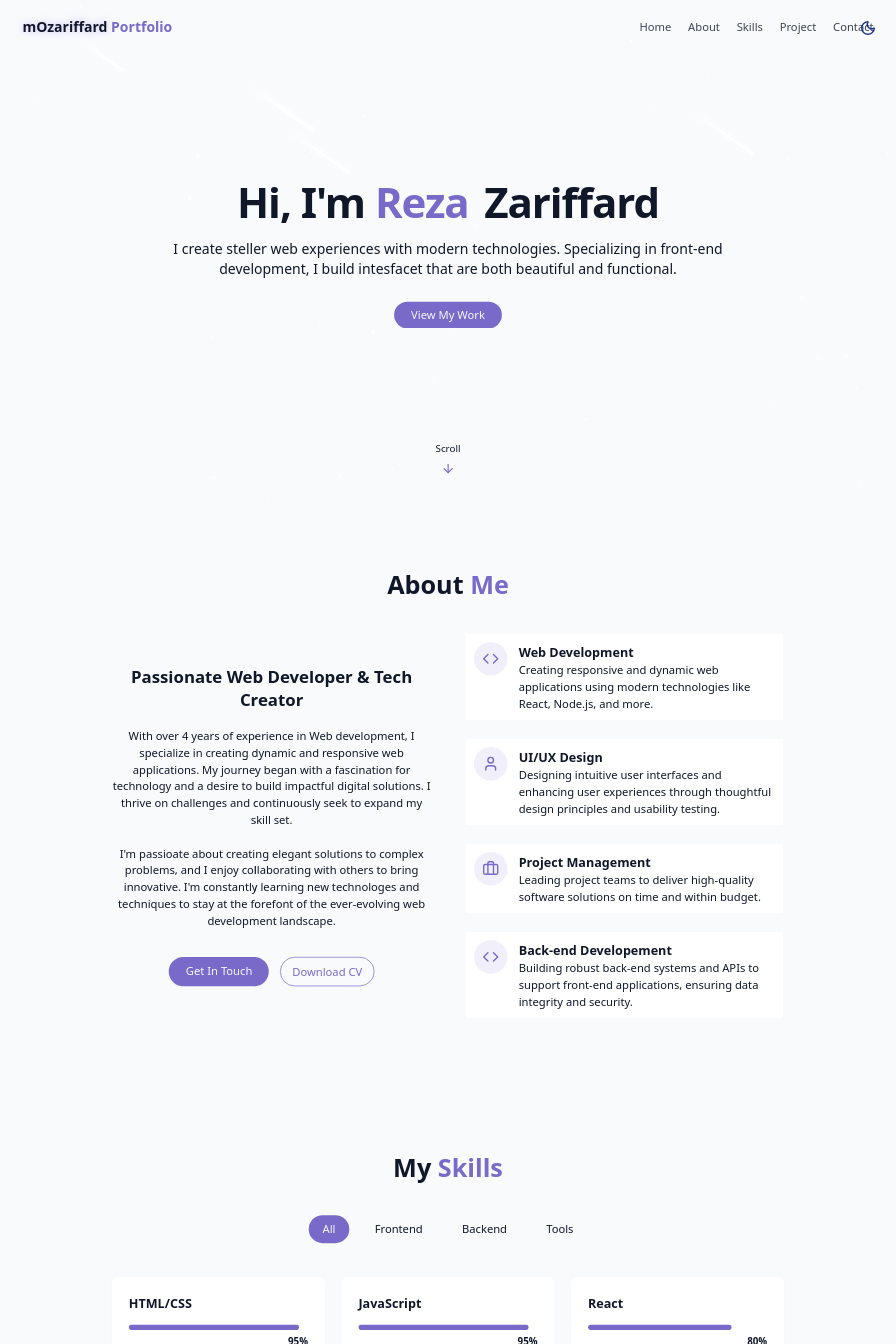
Repository: mOzariffard/Portfolio
Page: /
These files come from the project's save history. The page is drawn as it stood at one moment and after the next save; the edit follows.
The browser window is 1280 px wide. The pictures show the part of the page from y = 0 to 1920 px (the page is 3568 px tall before and 720 px after), at 70% of full size.
The project was rebuilt for these pictures with package versions that can differ from the ones it lists, and the page was loaded fresh each time. Also part of the build but not shown: vite.config.js, src/pages/NotFound.jsx.

Above is the page before, as saved 2025-06-29 20:43:33.

### src/App.jsx
import  Home from "./pages/Home"
import { BrowserRouter, Route, Routes } from "react-router-dom"
import NotFound from "./pages/NotFound"


function App() {

  return (
    <>
    <BrowserRouter>
    <Routes>
      <Route index element={<Home />} />
      <Route path="*" element={<NotFound />} />
    </Routes>
    </BrowserRouter>
    </>
  )
}

export default App

### src/pages/Home.jsx
import React from 'react'
import ThemeToggle from '@/components/ThemeToggle'
import StartBackground from '@/components/StartBackground'
import Navbar from '@/components/Navbar'
import HeroSection from '@/components/HeroSection'
import AboutSection from '@/components/AboutSection'
import SkillsSection from '@/components/SkillsSection'
import ProjectSection from '@/components/ProjectSection'

const Home = () => {
  return (
    <div className='min-h-screen bg-background text-foreground overflow-x-hidden'>
        {/*----------------Theme Toggle----------------*/}
        <ThemeToggle />
        {/*----------------Background Effects----------------*/}
        <StartBackground/>
        {/*----------------Nav Bar----------------*/}
        <Navbar/>
        {/*----------------Main Content----------------*/}
        <main>
        <HeroSection />
        <AboutSection />
        <SkillsSection />
        <ProjectSection />
        </main>
        {/*----------------Footer----------------*/}


    </div>
  )
}

export default Home

### src/components/ThemeToggle.jsx
import React, { useEffect, useState } from 'react'
import { Sun, Moon } from 'lucide-react'
import { cn } from '@/lib/utils';
const ThemeToggle = () => {
    const [isDarkMode, setIsDarkMode]= useState(false);

    useEffect(()=>{
        const storedTheme= localStorage.getItem('theme');
        if(storedTheme=== 'dark'){
            setIsDarkMode(true);
            document.documentElement.classList.add('dark');
        }else{
            localStorage.setItem('theme', 'light');
            setIsDarkMode(false);
        }
    },[])
    const toggleTheme=()=>{
        if(isDarkMode){
            document.documentElement.classList.remove('dark');
            localStorage.setItem('theme', 'light');
            setIsDarkMode(false);
        }else{
            document.documentElement.classList.add('dark');
            localStorage.setItem('theme', 'dark');
            setIsDarkMode(true);
        }
    }
  return (
    <button onClick={toggleTheme} className={cn(
        "fixed max-sm:hidden top-5 right-5 z-50 p-2 rounded-full transition-colors duration-300",
        "focus:outline-hidden")}>
        {isDarkMode ? <Sun className='h-6 w-6 text-yellow-300'/> : <Moon className='h-6 w-6 text-blue-900' />}
    </button>
  )
}

export default ThemeToggle

### src/components/StartBackground.jsx
import React, { useEffect, useState } from 'react'

// START has
// ID , SIZE , X , Y , OPACITY , ANIMATION DURATION
// METEOR has
// ID , SIZE , X , Y , DELAY , DURATION

const StartBackground = () => {
    const [stars,setStars]=useState([]);
    const [meteors,setMeteors]=useState([]);

    useEffect(()=>{
        generateStars();
        generateMeteors();

        const handleResize = ()=>{
            generateStars();
        };

        window.addEventListener('resize', handleResize);

        return ()=> window.removeEventListener('resize', handleResize);

    },[])

    const generateStars = () =>{
        const numbersOfStars = Math.floor(window.innerWidth * window.innerHeight /10000);

        const newStars=[];

        for(let i=0; i<numbersOfStars; i++){
            newStars.push({
                id: i,
                size: Math.random()* 3 + 1,
                x: Math.random()*100 ,
                y:  Math.random()*100,
                opacity: Math.random()*0.5 +0.5 ,
                animationDuration: Math.random()*4+2 ,
            });
        }

        setStars(newStars);
    };

    const generateMeteors = () =>{
        const numbersOfMeteors = 4;

        const newMeteors=[];

        for(let i=0; i<numbersOfMeteors; i++){
            newMeteors.push({
                id: i,
                size: Math.random()* 2 + 1,
                x: Math.random()* 100 ,
                y:  Math.random()* 20,
                delay: Math.random()* 15 ,
                animationDuration: Math.random()*3+3 ,
            });
        }

        setMeteors(newMeteors);
    };


  return (
    <div className='fixed inset-0 overflow-hidden pointer-events-none z-0 '>
        {stars.map((star)=>(
            <div
            key={star.id}
                className='star animate-pluse-subtle' style={{
                width:`${star.size}px` ,
                height: `${star.size}px`,
                left: `${star.x}%`,
                top: `${star.y}%`,
                opacity:`${star.opacity}` ,
                animationDuration: `${star.animationDuration}s`
            }} />
        ))}

        {meteors.map((meteor)=>(
            <div
            className='meteor animate-meteor'
            key={meteor.id}
            style={{
                width: `${meteor.size* 50}px`,
                height: `${meteor.size * 2}px`,
                left: `${meteor.x}%`,
                top: `${meteor.y}%`,
                animationDelay: `${meteor.delay}`,
                animationDuration: `${meteor.duration}s`
            }}
            />
        ))}
    </div>
  )
}

export default StartBackground

### src/components/Navbar.jsx
import React, { useState, useEffect } from 'react';
import { cn } from '@/lib/utils';
import { X , Menu } from 'lucide-react';

const navItems = [
    { name: 'Home', href: '#hero' },
    { name: 'About', href: '#about' },
    { name: 'Skills', href: '#skills' },
    { name: 'Project', href: '#project' },
    { name: 'Contact', href: '#contact' },
];

const Navbar = () => {
    const [isScrolled, setIsScrolled] = useState(false);
    const [isMenuOpen, setIsMenuOpen] = useState(false);

    useEffect(() => {
        const handleScroll = () => {
            setIsScrolled(window.scrollY > 10);
        };

        window.addEventListener('scroll', handleScroll);

        return () => window.removeEventListener('scroll', handleScroll);
    }, []);

    return (
        <nav
            className={cn(
                'fixed w-full z-40 transition-all duration-300',
                isScrolled ? 'py-3 bg-background/80 backdrop-blur-md shadow-xs' : 'py-6'
            )}
        >
            <div className="container flex items-center justify-between">
                <a href="#hero" className="text-xl font-bold text-primary flex items-center">
                    <span className="relative z-10">
                        <span className="text-glow text-foreground">mOzariffard</span> Portfolio
                    </span>
                </a>

                {/* DESKTOP NAV */}
                <div className="hidden md:flex space-x-6">
                    {navItems.map((item, key) => (
                        <a
                            key={key}
                            href={item.href}
                            className="text-foreground/80 hover:text-primary transition-colors duration-300"
                        >
                            {item.name}
                        </a>
                    ))}
                </div>

                {/* MOBILE NAV */}
                <button onClick={() => setIsMenuOpen((prev)=> !prev)}
                className='md:hidden p-2 text-foreground z-50'
                aria-label={!isMenuOpen ? 'Close Menu': 'Open Menu'}
                >
                {isMenuOpen ? <X size={24} /> : <Menu size={24} />}
                </button>

                <div
                    className={cn(
                        'fixed inset-0 bg-background/90 backdrop-blur-md z-40 flex flex-col items-center justify-center',
                        'transition-all duration-300 md:hidden',
                        isMenuOpen ? 'opacity-100 pointer-events-auto' : 'opacity-0 pointer-events-none'
                    )}
                >
                    <div className="flex flex-col space-y-8 text-xl">
                        {navItems.map((item, key) => (
                            <a
                                key={key}
                                href={item.href}
                                className="text-foreground/80 hover:text-primary transition-colors duration-300"
                                onClick={() => setIsMenuOpen(false)}
                            >
                                {item.name}
                            </a>
                        ))}
                    </div>
                </div>
            </div>
        </nav>
    );
};

export default Navbar;

### src/components/HeroSection.jsx
import { ArrowDown } from 'lucide-react'
import React from 'react'

const HeroSection = () => {
  return (
    <section className='relative min-h-screen flex flex-col items-center justify-center px-4'>
        <div className='container max-w-4xl mx-auto text-center z-10'>
            <div className='space-y-6'>
                <h1 className='text-4xl md:text-6xl font-bold tracking-tight'>
                <span className='opacity-0 animate-fade-in' >Hi, I'm</span>
                <span className='text-primary opacity-0 animate-fade-in-delay-1'> Reza</span>
                <span className='text-gradient ml-2 opacity-0 animate-fade-in-delay-2'> Zariffard</span>
                </h1>
                <p className='text-lg md:text-xl text-muted-foreground max-2-2xl mx-auto opacity-0 animate-fade-in-delay-3'>
                    I create steller web experiences with modern technologies.
                    Specializing in front-end development, I build intesfacet
                    that are both beautiful and functional.
                </p>
                <div className='pt-4 opacity-0 animate-fade-in-delay-4'>
                    <a href="#projects" className='cosmic-button'> View My Work</a>
                </div>
            </div>
        </div>

        <div className='absolute bottom-8 left-1/2 transform -translate-x-1/2 flex flex-col items-center animate-bounce'>
        <span className='text-sm text-muted-forgeround mb-2'> Scroll</span>
        <ArrowDown className='h-5 w-5 text-primary'/>
        </div>
    </section>
  )
}

export default HeroSection

### src/components/SkillsSection.jsx
import React, { useState, useEffect } from 'react'
import {cn} from '@/lib/utils';
import CountUp from 'react-countup';

const skills = [
  // Frontend Skills
  {name: 'HTML/CSS', level: 95, category: 'frontend'},
  {name: 'JavaScript', level: 95, category: 'frontend'},
  {name: 'React', level: 80, category: 'frontend'},
  {name: 'TypeScript', level: 78, category: 'frontend'},
  {name: 'Tailwind CSS', level: 90, category: 'frontend'},
  {name: 'Next.js', level: 70, category: 'frontend'},
  {name: 'Redux', level: 60, category: 'frontend'},
  // Backend Skills
  {name: 'Node.js', level: 78, category: 'backend'},
  {name: 'Express', level: 70, category: 'backend'},
  {name: 'MongoDB', level: 67, category: 'backend'},
  {name: 'GraphQL', level: 65, category: 'backend'},
  {name: 'PostgreSQL', level: 60, category: 'backend'},
  // Tools Skills
  {name: 'Git/Github', level: 90, category: 'tools'},
  {name: 'Docker', level: 60, category: 'tools'},
  {name: 'Figma', level: 85, category: 'tools'},
  {name: 'VS Code', level: 95, category: 'tools'},
];

const categories = ['all', 'frontend', 'backend', 'tools'];

// Individual Skill Item Component
const SkillItem = ({ skill, index, isVisible }) => {
  const [animatedWidth, setAnimatedWidth] = useState(0);

  useEffect(() => {
    if (isVisible) {
      // Small delay for staggered animation
      const timer = setTimeout(() => {
        setAnimatedWidth(skill.level);
      }, index * 100);

      return () => clearTimeout(timer);
    } else {
      setAnimatedWidth(0);
    }
  }, [isVisible, skill.level, index]);

  return (
    <div className='bg-card p-6 rounded-lg shadow-xs card-hover'>
      <div className='text-left mb-4'>
        <h3 className='font-semibold text-lg'>{skill.name}</h3>
      </div>

      {/* SKILLS PROGRESS BAR */}
      <div className='w-full bg-secondary/50 h-2 rounded-full overflow-hidden'>
        <div
          className='bg-primary h-2 rounded-full origin-left transition-all duration-2000 ease-out'
          style={{
            width: `${animatedWidth}%`,
            transitionDelay: `${index * 100}ms`
          }}
        />
      </div>

      <div className='text-right mt-1'>
        <span className='text-sm font-semibold text-muted-foreground'>
          {isVisible ? (
            <CountUp
              end={skill.level}
              duration={2.5}
              delay={index * 0.1}
            />
          ) : 0}%
        </span>
      </div>
    </div>
  );
};

const SkillsSection = () => {
  const [activeCategory, setActiveCategory] = useState('all');
  const [isVisible, setIsVisible] = useState(false);

  const filteredSkills = skills.filter((skill) =>
    activeCategory === 'all' || skill.category === activeCategory
  );

  useEffect(() => {
    // Trigger animation when component mounts or category changes
    setIsVisible(false);
    const timer = setTimeout(() => {
      setIsVisible(true);
    }, 100);

    return () => clearTimeout(timer);
  }, [activeCategory]);

  return (
    <section id='skills' className='py-24 px-4 relative bg-secondary/30'>
      {/* CONTAINER OF SKILLS */}
      <div className='container mx-auto max-w-5xl'>
        <h2 className='text-3xl md:text-4xl font-bold mb-12 text-center'>
          My <span className='text-primary'> Skills </span>
        </h2>

        {/* CATEGORIES OF SKILLS */}
        <div className='flex flex-wrap justify-center gap-4 mb-12'>
          {categories.map((category, index) => (
            <button
              key={index}
              onClick={() => setActiveCategory(category)}
              className={cn(
                'px-5 py-2 rounded-full transition-colors duration-300 capitalize',
                activeCategory === category
                  ? 'bg-primary text-primary-foreground'
                  : 'bg-secondary/70 text-foreground hover:bg-secondary'
              )}
            >
              {category}
            </button>
          ))}
        </div>

        {/* ITEMS OF SKILLS */}
        <div className='grid grid-cols-1 sm:grid-cols-2 lg:grid-cols-3 gap-6'>
          {filteredSkills.map((skill, index) => (
            <SkillItem
              key={`${skill.name}-${activeCategory}`}
              skill={skill}
              index={index}
              isVisible={isVisible}
            />
          ))}
        </div>
      </div>
    </section>
  )
}

export default SkillsSection

### src/components/ProjectSection.jsx
import React, { useEffect, useRef } from 'react';
import { gsap } from 'gsap';
import { ScrollTrigger } from 'gsap/ScrollTrigger';

gsap.registerPlugin(ScrollTrigger);

const projects = [
    {
        id: 1,
        title: 'Ryde - Ride Sharing App',
        description: 'Connects drivers with passengers.',
        image: '/images/project1.png',
        tag: ['ReactNative', 'Node.js', 'MongoDB'],
        demoUrl: "#",
        gitHubUrl: "#"
    },
    {
        id: 2,
        title: 'Saas - Landing Page',
        description: 'React and Tailwind landing page.',
        image: '/images/project2.png',
        tag: ['React', 'Tailwind', 'Supabase'],
        demoUrl: "#",
        gitHubUrl: "#"
    },
    {
        id: 3,
        title: 'Bookwise - Book Store',
        description: 'Online bookstore application.',
        image: '/images/project3.png',
        tag: ['React', 'Node.js', 'MongoDB'],
        demoUrl: "#",
        gitHubUrl: "#"
    },
    {
        id: 4,
        title: 'YC Dictionary - Dictionary App',
        description: 'Provides word definitions and synonyms.',
        image: '/images/project4.png',
        tag: ['React', 'Tailwind', 'Node.js', 'MongoDB'],
        demoUrl: "#",
        gitHubUrl: "#"
    },
    {
        id: 5,
        title: 'AI - Meals Planner',
        description: 'AI-powered meal planning app.',
        image: '/images/project5.png',
        tag: ['Next.js', 'Tailwind', 'Node.js' ],
        demoUrl: "#",
        gitHubUrl: "#"
    },
    {
        id: 6,
        title: 'Rest Explore - Restaurant Finder',
        description: 'Find restaurants easily.',
        image:'/images/project6.png',
        tag: ['Next.js','Tailwind', 'Node.js', 'MongoDB'],
        demoUrl: "#",
        gitHubUrl: "#"
    }
];

const ProjectSection = () => {
    const imageRefs = useRef([]);

    useEffect(() => {
        // Animate all images with ScrollTrigger
        imageRefs.current.forEach((card, index) => {
            gsap.fromTo(
                card,
                { y: 50, opacity: 0 },
                {
                    y: 0,
                    opacity: 1,
                    duration: 0.5,
                    delay: 0.3 * (index + 1),
                    scrollTrigger: {
                        trigger: card,
                        start: "top 80%",
                    },
                }
            );
        });

        // Animate all images with stagger effect
        gsap.fromTo(
            imageRefs.current,
            { opacity: 0, y: 50, scale: 0.8 },
            {
                opacity: 1,
                y: 0,
                scale: 1,
                duration: 1,
                stagger: 0.2,
                ease: "fadeOut",
            }
        );
    }, []);

    return (
        <section id="projects" className='py-24 px-4 relative'>
            {/* HEADER OF PROJECT */}
            <div className='container mx-auto max-w-5xl'>
                <h2 className='text-3xl md:text-4xl font-bold mb-4 text-center'>
                    Featured <span className='text-primary'>Projects</span>
                </h2>

                <p className='text-center text-muted-foreground mb-12 max-w-2xl mx-auto'>
                    Here are some of my recent projects. Each was carefully created to showcase
                    my skills and creativity with attention to detail and user experience.
                </p>

                <div className='grid sm:grid-cols-1 md:grid-cols-2 lg:grid-cols-3 gap-8'>
                    {projects.map((project, index) => (
                        <div key={index} className='group bg-card rounded-lg overflow-hidden shadow-xs card-hover'>
                            <div className='h-48 overflow-hidden'>
                                <img
                                    src={project.image}
                                    alt={project.title}
                                    ref={(el) => imageRefs.current[index] = el}
                                    className='w-full h-full object-cover transition-transform duration-500 group-hover:scale-110'
                                />
                            </div>
                        </div>
                    ))}
                </div>
            </div>
        </section>
    );
};

export default ProjectSection;

Loaded but not shown: index.html (common file); src/main.jsx (common file); src/index.css (common file); src/lib/utils.js (8 lines, source omitted); src/components/AboutSection.jsx (127 lines, source omitted)

After the next save:
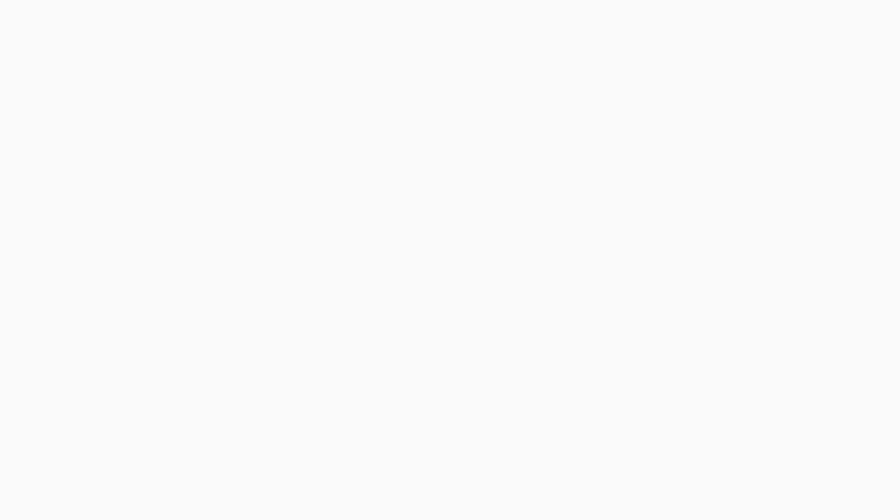
Console error: TypeError: Cannot set properties of undefined (setting 'parent')
Saved 2 min 29 s later.
--- a/src/components/ProjectSection.jsx
+++ b/src/components/ProjectSection.jsx
@@ -86,15 +86,12 @@
         // Animate all images with stagger effect
         gsap.fromTo(
             imageRefs.current,
-            { opacity: 0, y: 50, scale: 0.8 },
             {
-                opacity: 1,
-                y: 0,
-                scale: 1,
-                duration: 1,
-                stagger: 0.2,
-                ease: "fadeOut",
-            }
+                 opacity: 0 ,
+                 opacity: 1,
+                 duration: 1.5
+            },
+
         );
     }, []);
 

After the 2 saves that followed:
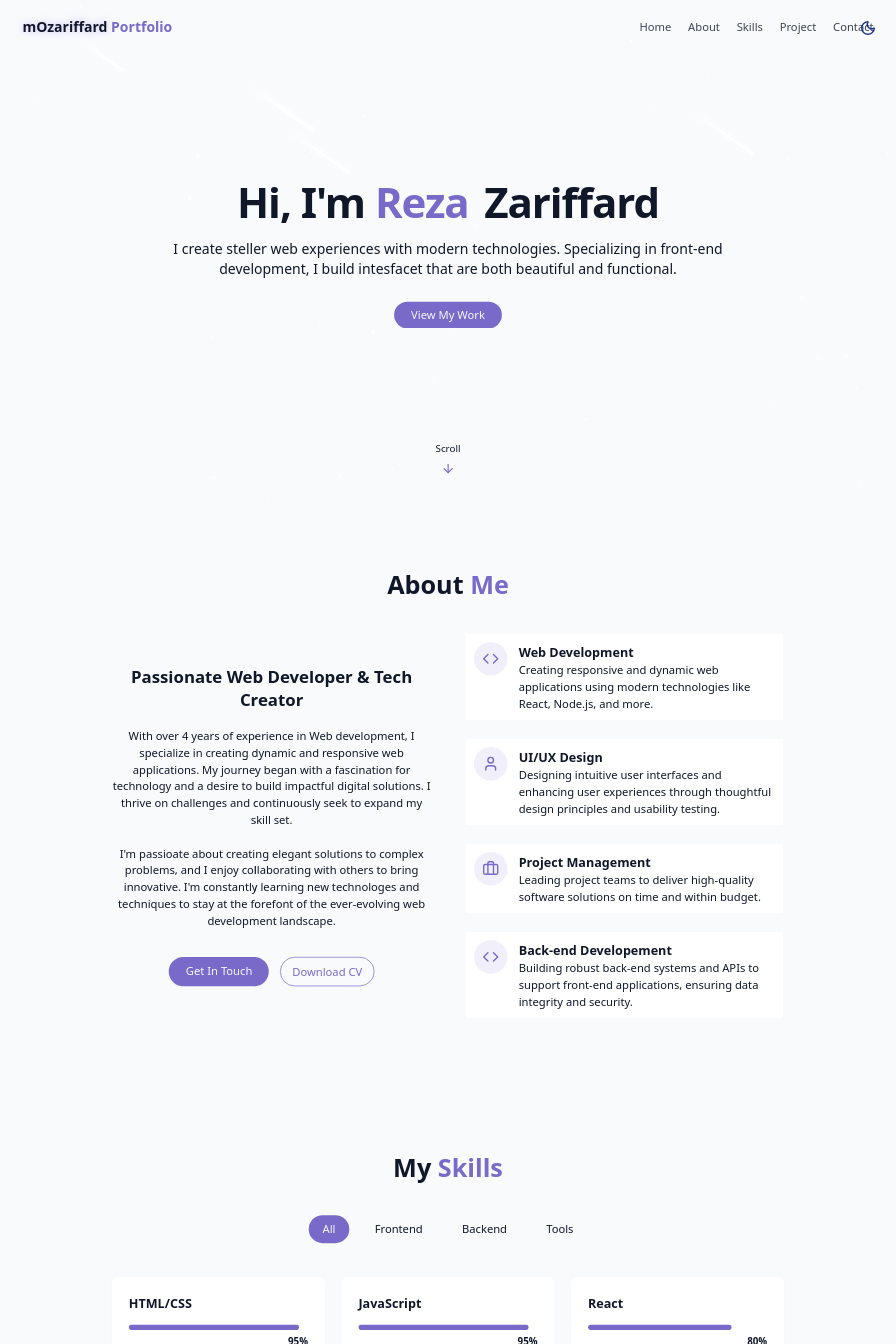
The error is gone.
The 2 saves are shown as one change because 1 left the picture as it was.
The last was saved 3 min 26 s later.
--- a/src/components/ProjectSection.jsx
+++ b/src/components/ProjectSection.jsx
@@ -86,12 +86,15 @@
         // Animate all images with stagger effect
         gsap.fromTo(
             imageRefs.current,
+            { opacity: 0, y: 50, scale: 0.8 },
             {
-                 opacity: 0 ,
-                 opacity: 1,
-                 duration: 1.5
-            },
-
+                opacity: 1,
+                y: 0,
+                scale: 1,
+                duration: 1,
+                stagger: 0.2,
+                ease: "power1.out"
+            }
         );
     }, []);
 
